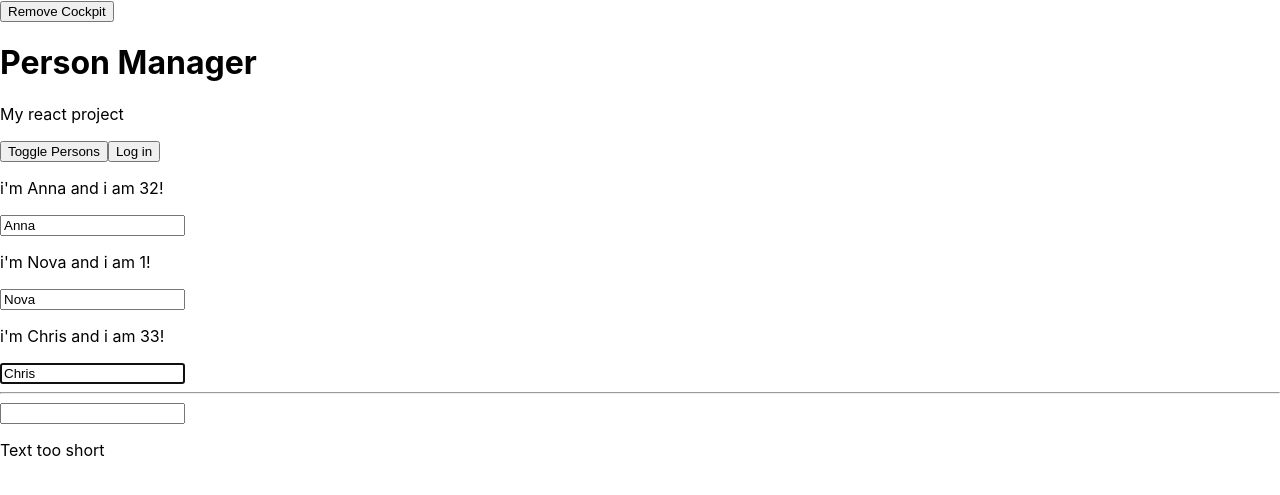
Repository: chrisbriz/myreactapp
Page: /
An editor plug-in stored every save of this project. The page is shown before and after the next save, followed by the edit.
The browser window is 1280 px wide. The pictures show the whole page.
The project was rebuilt for these pictures with package versions that can differ from the ones it lists, and the page was loaded fresh each time. Also part of the build but not shown: src/Containers/App.css, src/Components/Char.js, src/Components/Persons/Person/Person.css, src/Components/Cockpit/Cockpit.css.

Above is the page before, as saved 2019-02-20 10:02:32.

After the next save:
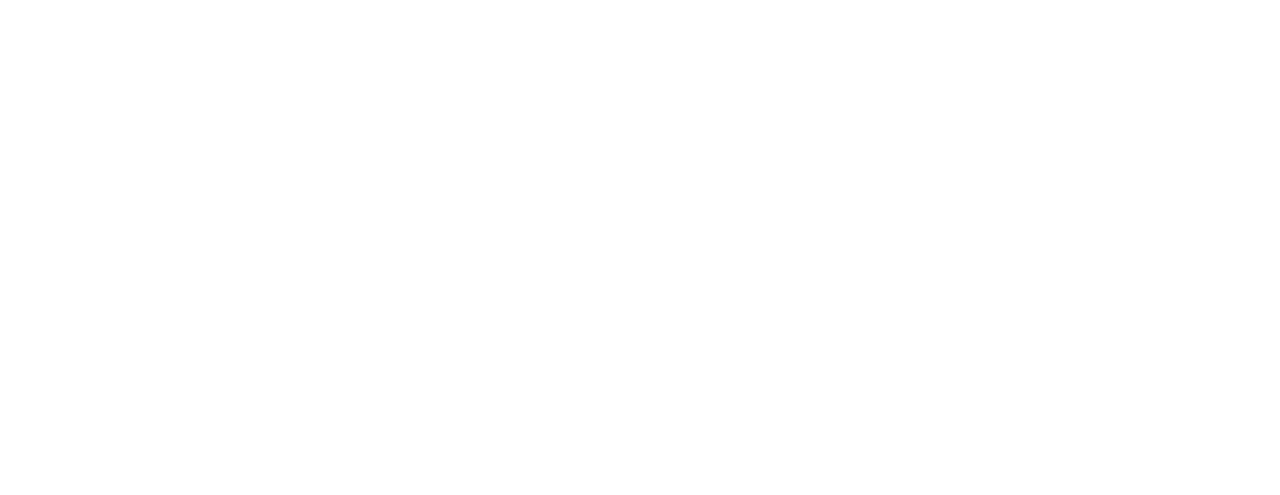
Console error: ReferenceError: props is not defined
Saved 58 s later.
--- a/src/Components/Persons/Persons.js
+++ b/src/Components/Persons/Persons.js
@@ -49,6 +49,7 @@
                     age={person.age}
                     key={person.id}
                     changed={(event) => this.props.changed(event, person.id)}
+                    isAuth={props.isAuthenticated}
                 />
             );
         });

After the save that followed:
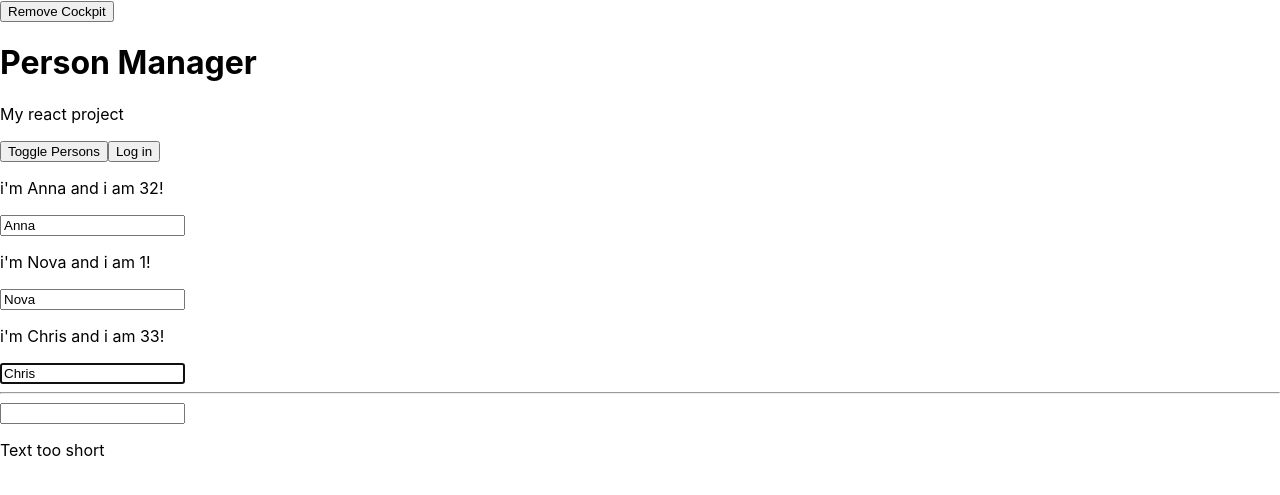
The error is gone.
Saved 13 s later.
--- a/src/Components/Persons/Persons.js
+++ b/src/Components/Persons/Persons.js
@@ -49,7 +49,7 @@
                     age={person.age}
                     key={person.id}
                     changed={(event) => this.props.changed(event, person.id)}
-                    isAuth={props.isAuthenticated}
+                    isAuth={this.props.isAuthenticated}
                 />
             );
         });
